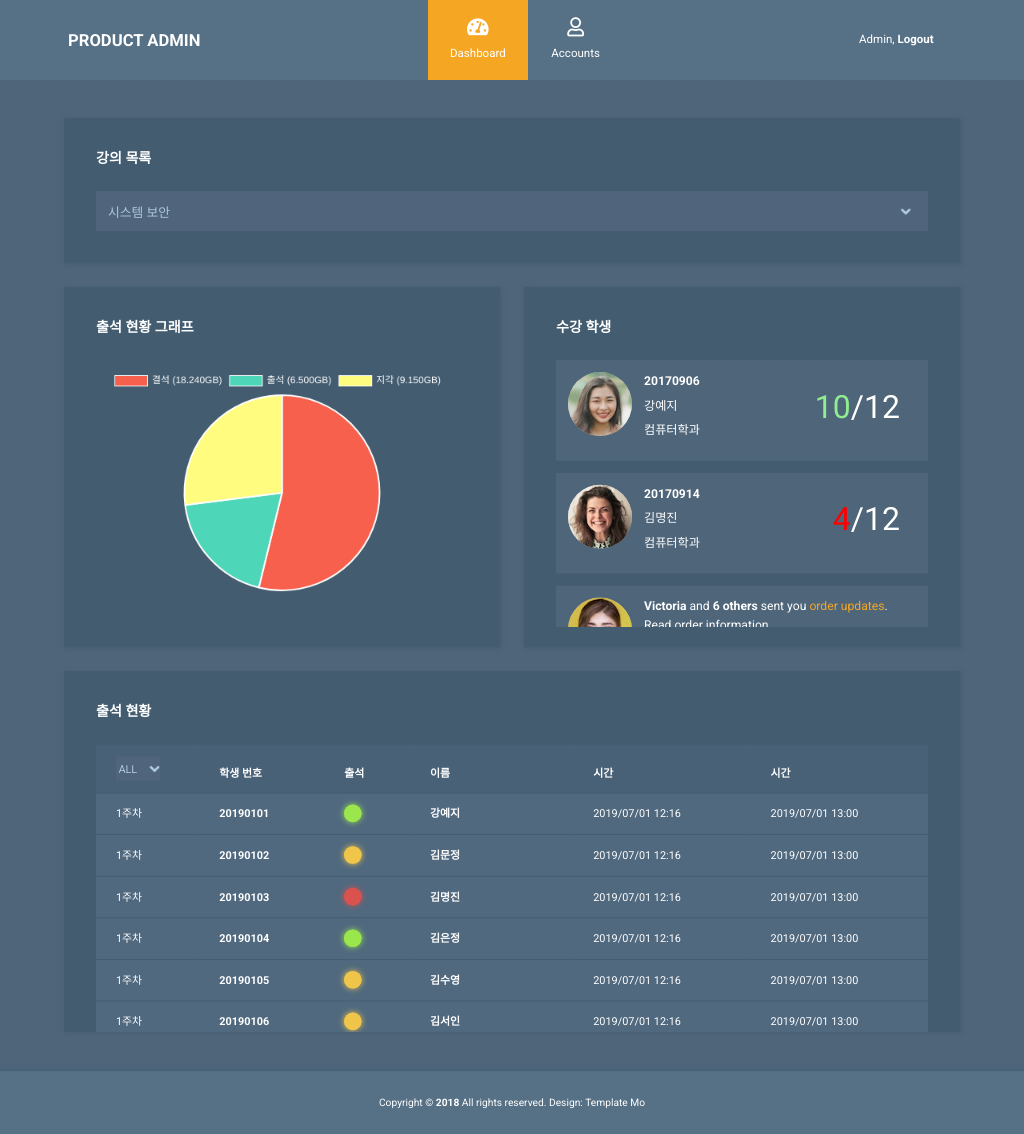
Repository: YJ-S2/2019-FaceAPI
Page: test1-master/web/123/WebContent/web1.html
These files come from the project's save history. The page is drawn as it stood at one moment and after the next save; the edit follows.
The browser window is 1280 px wide. The pictures show the whole page, at 80% of full size.
An inner scrolling area shows only its first screen.

Above is the page before, as saved 2019-08-11 15:20:30.

After the next save:
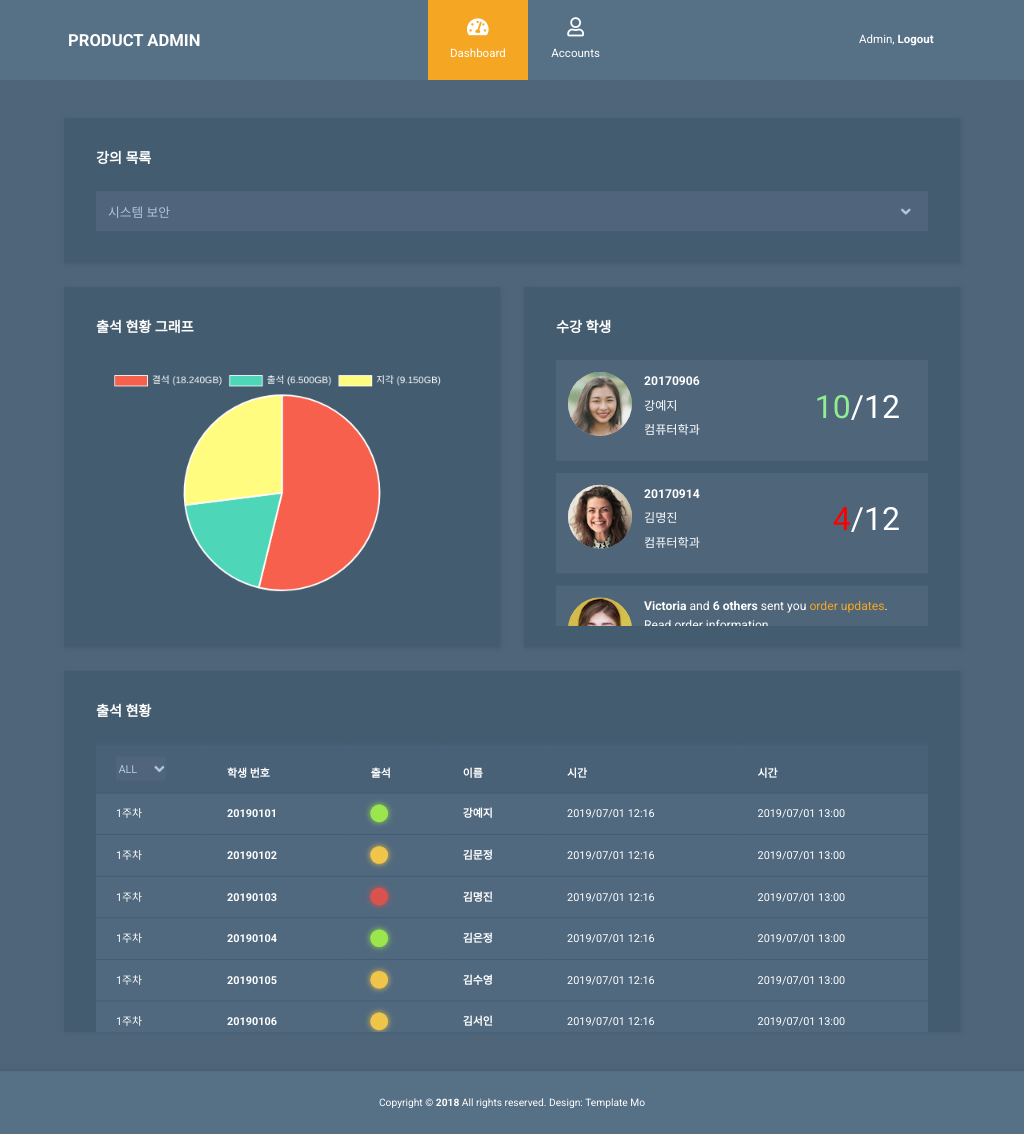
Saved 52 s later.
--- a/test1-master/web/123/WebContent/web1.html
+++ b/test1-master/web/123/WebContent/web1.html
@@ -343,45 +343,45 @@
                                 </tr>
                                 <tr>
                                 	<td>1주차</td>
-                                    <th scope="row"><b>#122342</b></th>
-                                    <td>
-                                        <div class="tm-status-circle1 moving">
-                                        </div>
-                                    </td>
-                                    <td><b>Oscar Phyo</b></td>
-                                    <td>2019/07/01 12:16</td>
-                                    <td>2019/07/01 13:00</td>
-                                </tr>
-                                <tr>
-                                	<td>1주차</td>
-                                    <th scope="row"><b>#122341</b></th>
-                                    <td>
-                                        <div class="tm-status-circle1 moving">
-                                        </div>
-                                    </td>
-                                    <td><b>Charlie Brown</b></td>
-                                    <td>2019/07/01 12:16</td>
-                                    <td>2019/07/01 13:00</td>
-                                </tr>
-                                <tr>
-                                	<td>1주차</td>
-                                    <th scope="row"><b>#122340</b></th>
+                                    <th scope="row"><b>#20190108</b></th>
+                                    <td>
+                                        <div class="tm-status-circle1 moving">
+                                        </div>
+                                    </td>
+                                    <td><b>도인아</b></td>
+                                    <td>2019/07/01 12:16</td>
+                                    <td>2019/07/01 13:00</td>
+                                </tr>
+                                <tr>
+                                	<td>1주차</td>
+                                    <th scope="row"><b>20190109</b></th>
+                                    <td>
+                                        <div class="tm-status-circle1 moving">
+                                        </div>
+                                    </td>
+                                    <td><b>변수아</b></td>
+                                    <td>2019/07/01 12:16</td>
+                                    <td>2019/07/01 13:00</td>
+                                </tr>
+                                <tr>
+                                	<td>1주차</td>
+                                    <th scope="row"><b>20190110</b></th>
                                     <td>
                                         <div class="tm-status-circle1 cancelled">
                                         </div>
                                     </td>
-                                    <td><b>Wilson Cookies</b></td>
-                                    <td>2019/07/01 12:16</td>
-                                    <td>2019/07/01 13:00</td>
-                                </tr>
-                                <tr>
-                                	<td>1주차</td>
-                                    <th scope="row"><b>#122339</b></th>
-                                    <td>
-                                        <div class="tm-status-circle1 moving">
-                                        </div>
-                                    </td>
-                                    <td><b>Richard Clamon</b></td>
+                                    <td><b>박혜인</b></td>
+                                    <td>2019/07/01 12:16</td>
+                                    <td>2019/07/01 13:00</td>
+                                </tr>
+                                <tr>
+                                	<td>1주차</td>
+                                    <th scope="row"><b>20190111</b></th>
+                                    <td>
+                                        <div class="tm-status-circle1 moving">
+                                        </div>
+                                    </td>
+                                    <td><b>박민지</b></td>
                                     <td>2019/07/01 12:16</td>
                                     <td>2019/07/01 13:00</td>
                                 </tr>
